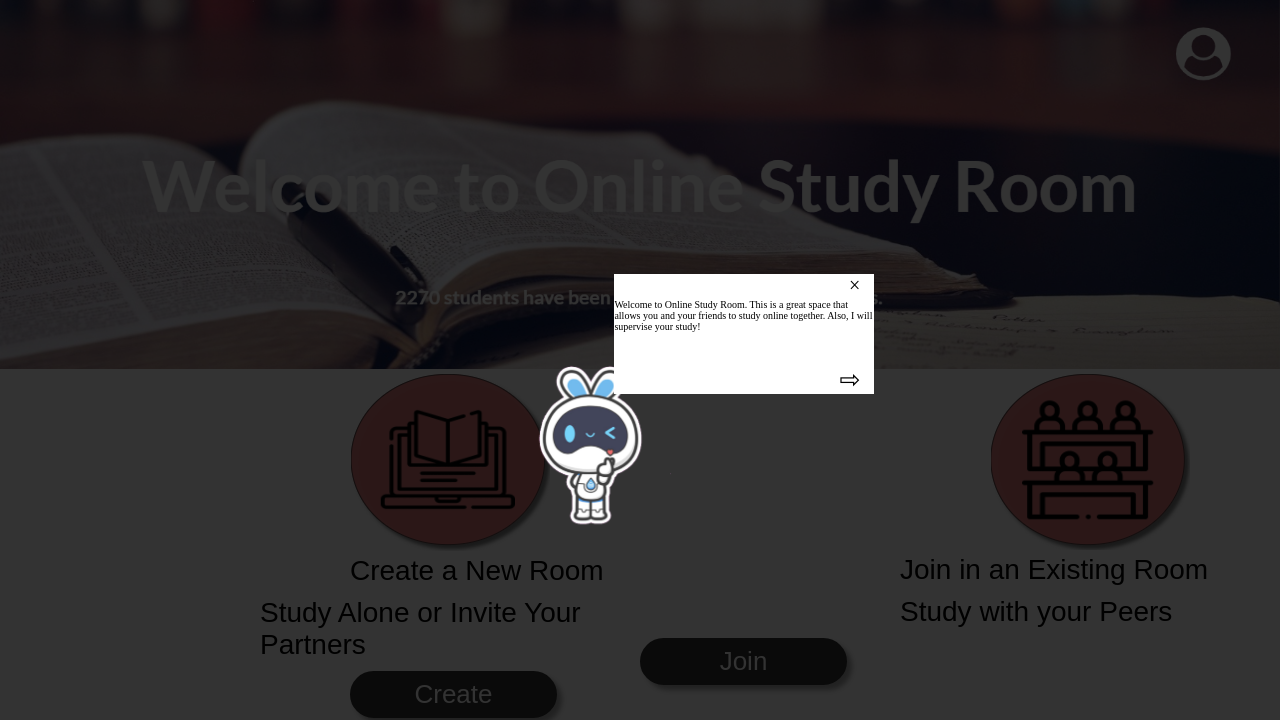
Repository: Team-Extrememe/Online-Study-Room
Page: home.html
The author's editor kept a copy of each file at every save. The page is drawn from the files as they stood at one save, then again after the next save.
The browser window is 1280 px wide. The pictures show the whole page.

Above is the page before, as saved 2021-10-06 13:36:40.
Console error: TypeError: Cannot set properties of null (setting 'onclick')

After the next save:
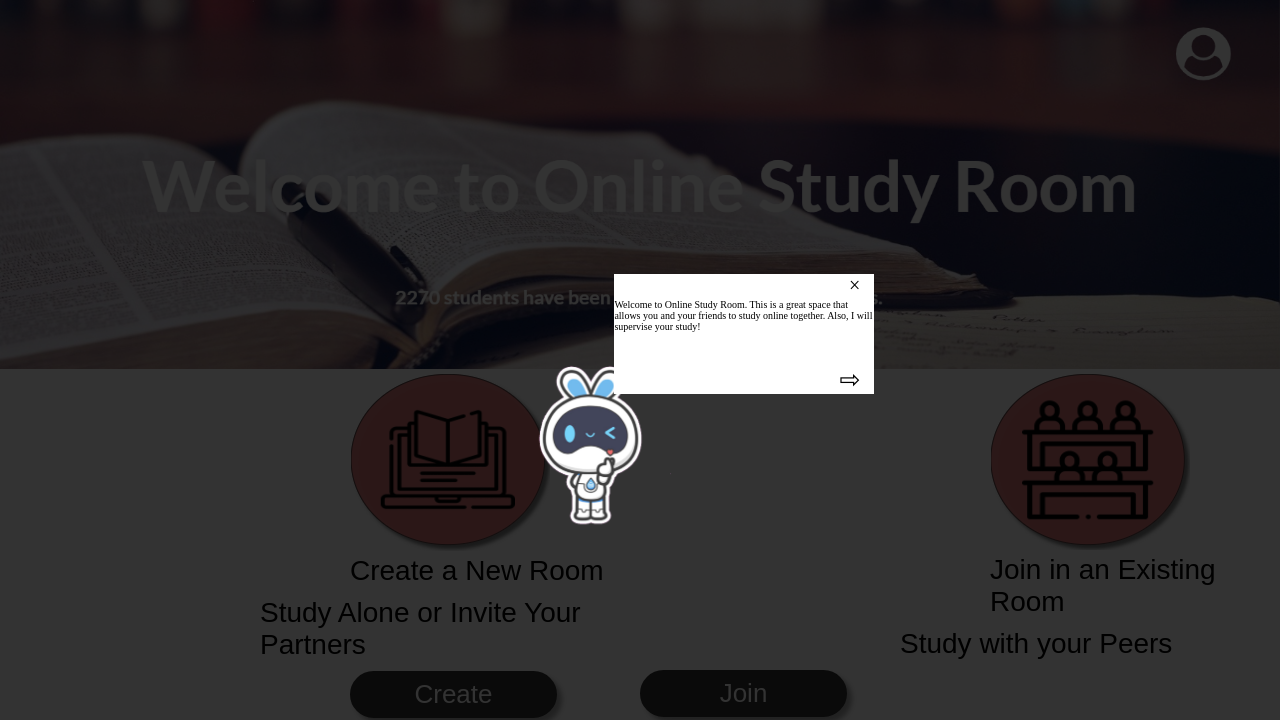
Saved 9 s later.
--- a/css/style.css
+++ b/css/style.css
@@ -253,7 +253,7 @@ input[type="submit"]:hover{
 }
 
 .span3{
-    padding-left: 260px;
+    padding-left: 350px;
 }
 
 .span4{
